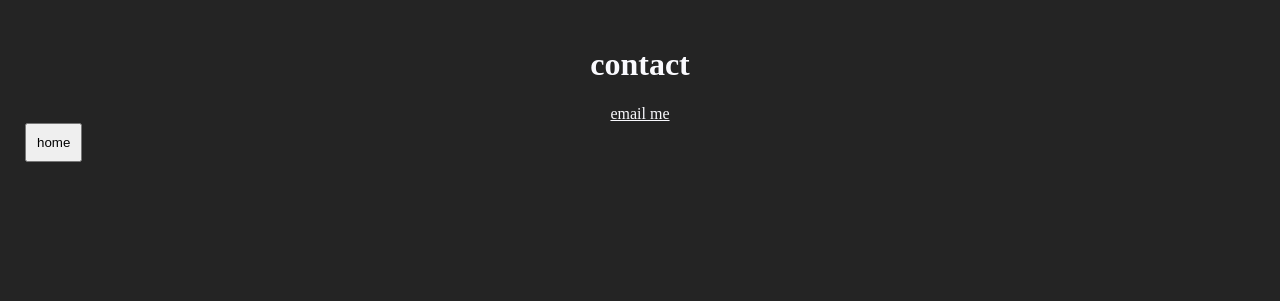
Repository: yellowspots/geneweb
Page: contactme.html
An editor plug-in stored every save of this project. The page is shown before and after the next save, followed by the edit.
The browser window is 1280 px wide. The pictures show the whole page.

Above is the page before, as saved 2024-05-02 23:52:10.

### contactme.html
<!DOCTYPE html>
<html>
    <link rel="stylesheet" type="text/css" href="styles.css">
<head>
    <title>contact</title>
</head>
<body>
    <h1>contact</h1>
    <a href="yellowstripesbluespots@protonmail.com">email me</a>
</body>
<footer>
    <button class="home-button" onclick="window.location.href='index.html'">
        <span>home</span>
    </button>
</footer>
</html>

### styles.css
body {
    background: rgb(36, 36, 36);
    text-align: center;
    margin: 0;
    padding: 25px;
}

#worldmap {
    margin: 20px;
}

#worldmap svg {
    background: rgba(68, 71, 72, 0.4);
    border-radius: 200px;
    box-shadow: 0 0 10px rgba(0, 0, 0, 0.4);
}

.land {
    fill: rgba(143, 142, 142, 0.94);
}

#globesarecool {
    color: #855982;
}

h1, h2, a, p {
    color: rgb(250, 250, 254);
}

.my-button {
    width: auto;
    cursor: finger;
    max-width: 160px;
    padding: 10px;
    box-sizing: border-box;
    white-space: nowrap;
    overflow: hidden;
    text-overflow: ellipsis;
}

.home-button {
    cursor: finger;
    max-width: 160px;
    padding: 10px;
    margin-bottom: 100px;
    display: flex;
    box-sizing: border-box;
    flex-wrap: nowrap;
    white-space: nowrap;
    gap: 20px;
}


@media only screen and (max-width: 600px) {
    .buttons {
        flex-direction: row !important;
        flex-wrap: wrap;
        justify-content: center;
    }
}


@media only screen and (max-width: 600px) {
    h2, #globesarecool {
        font-size: 4vw; /* Reduce font size on smaller screens */
    }
}

After the next save:
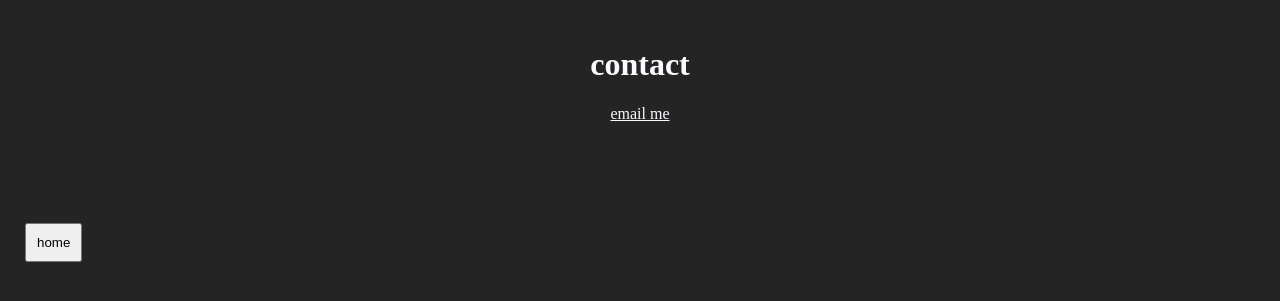
Saved 6 s later.
--- a/styles.css
+++ b/styles.css
@@ -42,7 +42,7 @@ h1, h2, a, p {
     cursor: finger;
     max-width: 160px;
     padding: 10px;
-    margin-bottom: 100px;
+    margin-top: 100px;
     display: flex;
     box-sizing: border-box;
     flex-wrap: nowrap;
